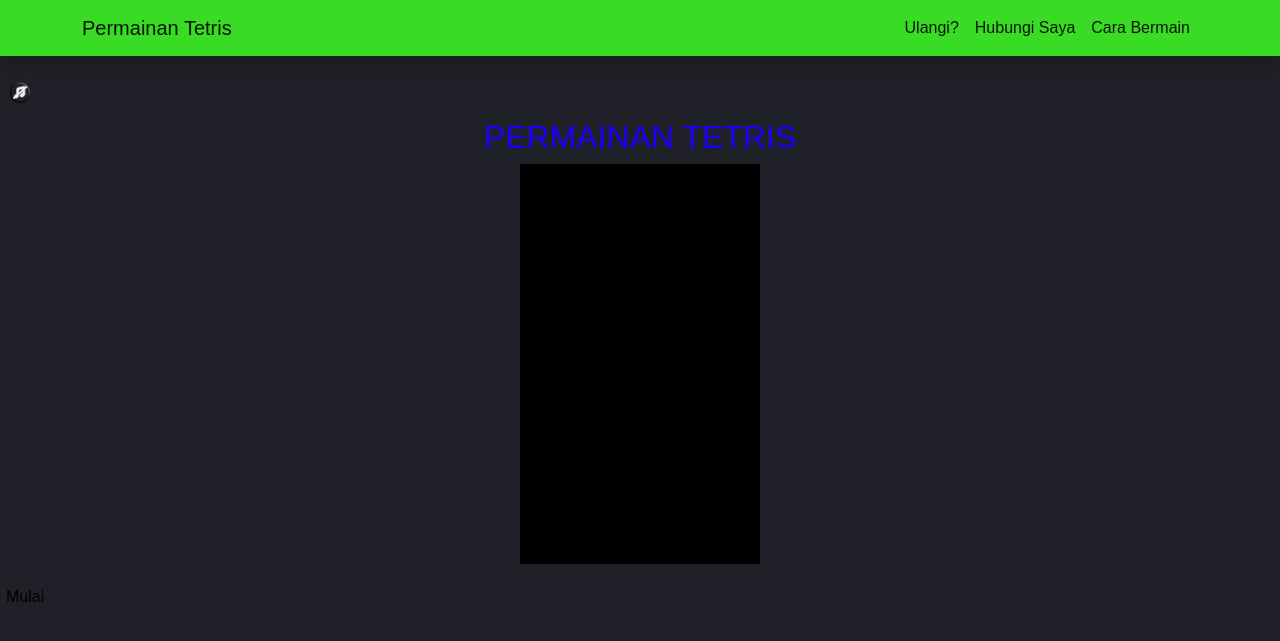
Repository: GwendiWisnuAnggoro/GwendiWisnuAnggoro.github.io
Page: Bahasa Indonesia/game/Tetris/tetris.html
An editor plug-in stored every save of this project. The page is shown before and after the next save, followed by the edit.
The browser window is 1280 px wide. The pictures show the whole page.

Above is the page before, as saved 2023-02-07 17:28:18.
Console error: TypeError: Cannot read properties of null (reading 'forEach')

After the next save:
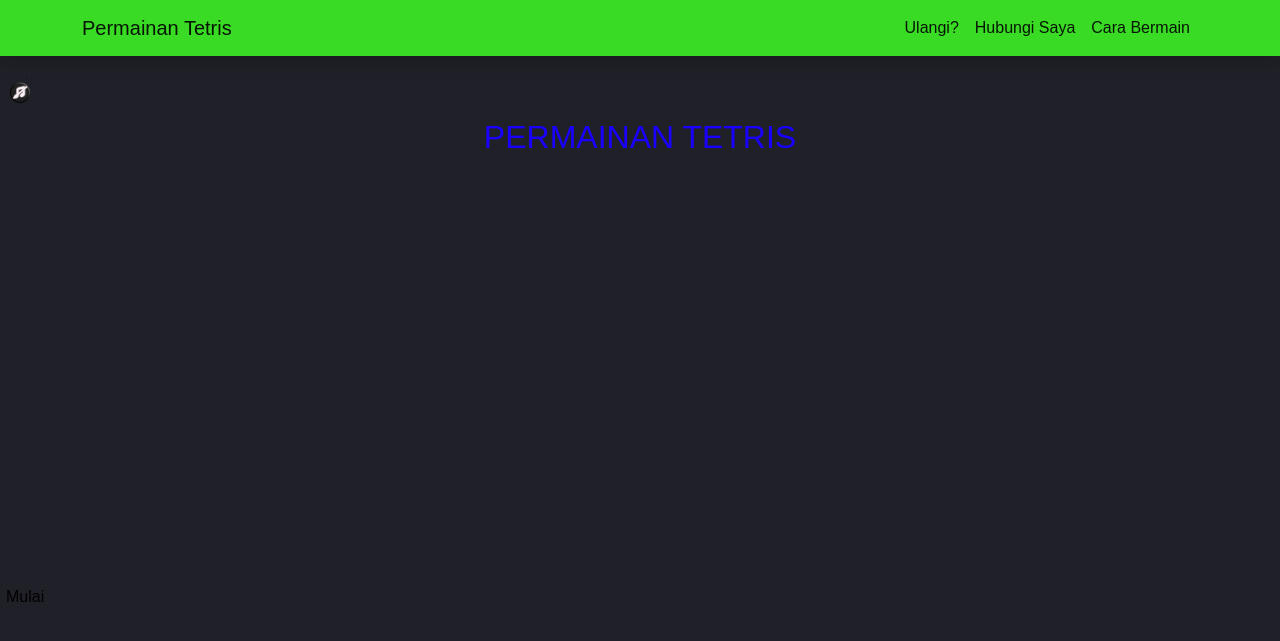
The error is gone.
Saved 7 s later.
--- a/Bahasa Indonesia/game/Tetris/tetris.js
+++ b/Bahasa Indonesia/game/Tetris/tetris.js
@@ -154,8 +154,6 @@ function GameOver(){
     console.log("Kalah")
     context.fillStyle = '#000';
     context.fillRect(0, 0, canvas.width, canvas.height);
-update();
-
 
 }
 
@@ -310,7 +308,6 @@ document.getElementById("Mulai").addEventListener("click", ()=>{
     updateScore();
     update();
 })
-update();
 
 
 
